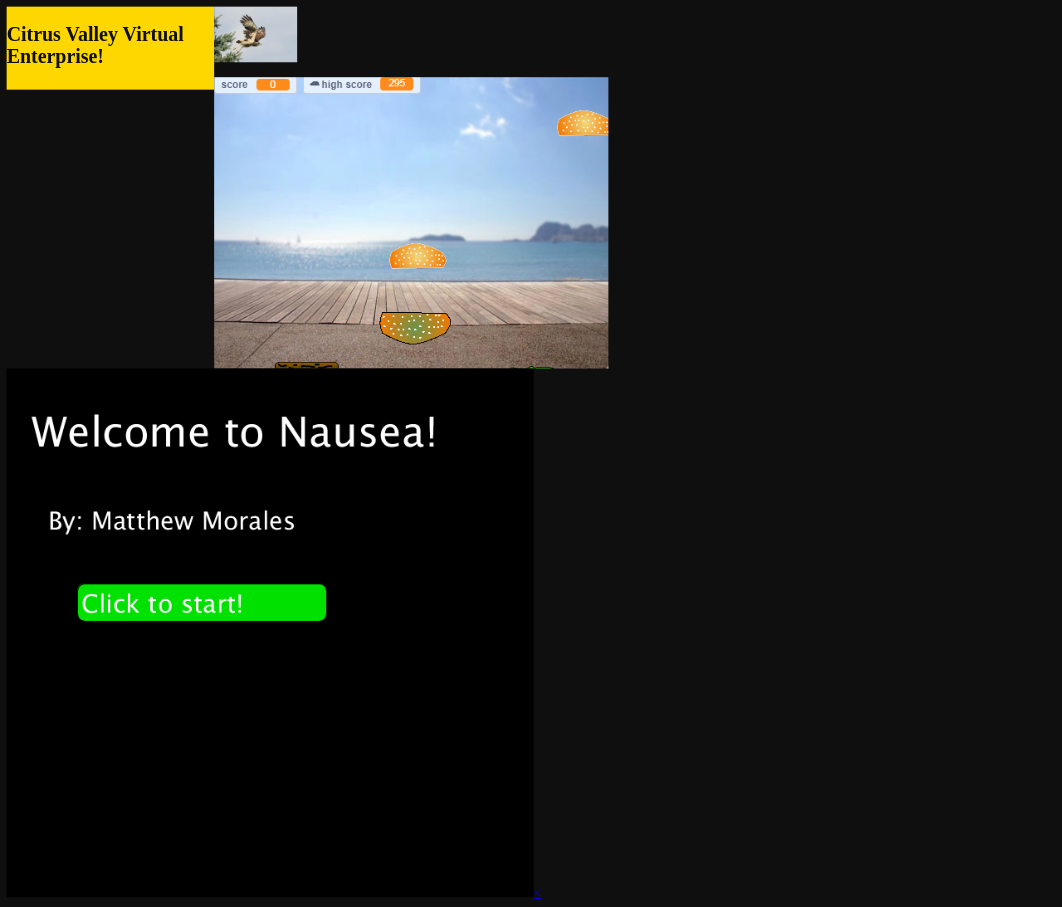
Repository: VirtualEnterpriseCali/VitrualEnterpriseCali.github.io
Page: portfolio.html
The author's editor kept a record of every edit. The page is drawn from the files as they stood at one moment, then again after the next edit.
The browser window is 1280 px wide. The pictures show the whole page, at 83% of full size.

Above is the page before.

After the next edit:
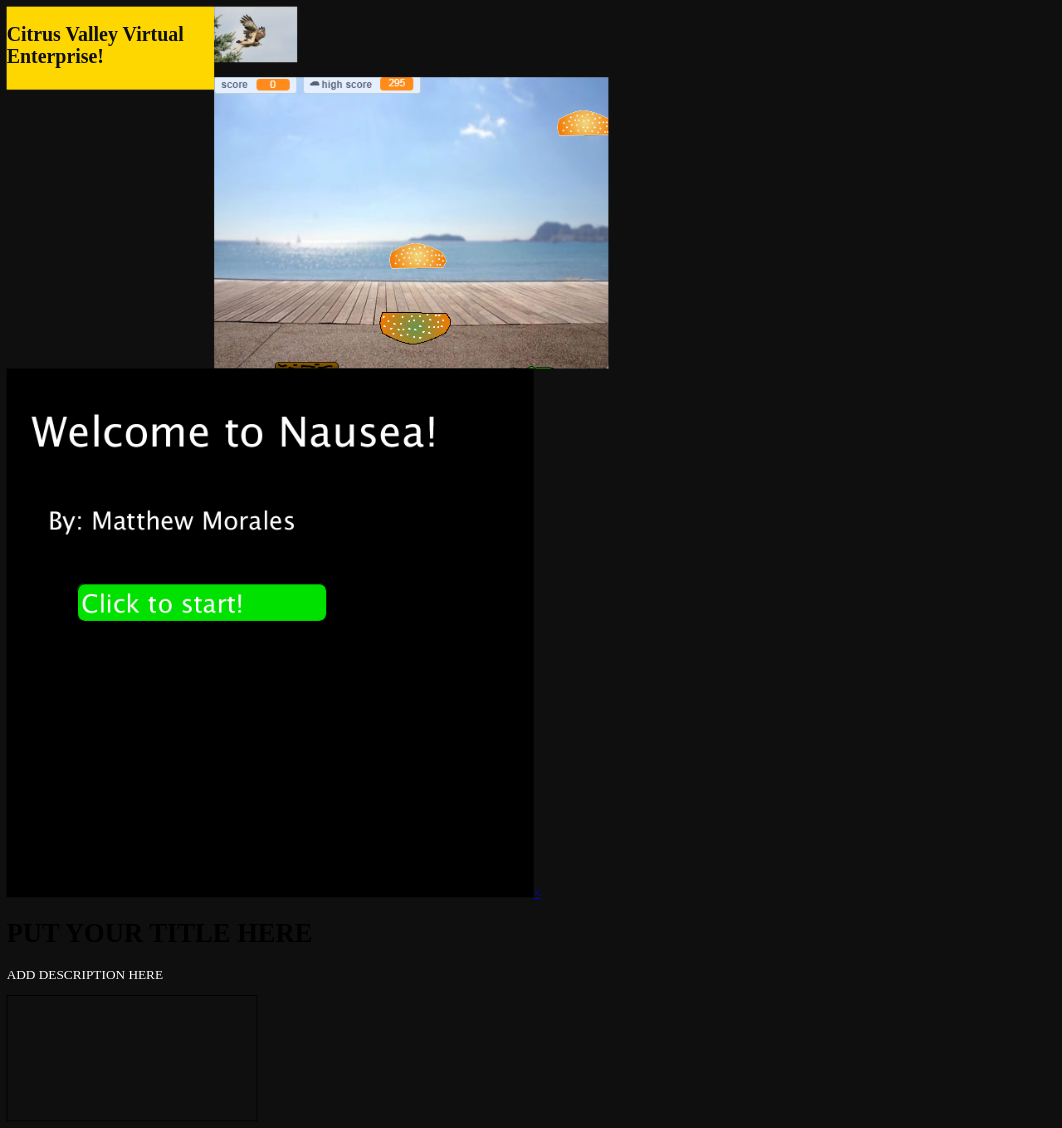
Not found: js/processing.js
The edit:
--- a/portfolio.html
+++ b/portfolio.html
@@ -16,5 +16,32 @@
               <a href="https://scratch.mit.edu/projects/327367582/"><img src="burger.PNG"></a>
               <br>
                 <a href="ballgame/Untitled2"><img src="nausia.PNG"><</a>
+                <html>
+
+  <head>
+      <meta http-equiv="Content-Type" content="text/html; charset=UTF-8" />
+      <title>Processing Demo</title>
+      <script type="text/javascript" src="js/processing.js"></script>
+  </head>
+
+  <body>
+    <h1>PUT YOUR TITLE HERE</h1>
+    <p>ADD DESCRIPTION HERE</p>
+
+    <script type="text/processing">
+
+      /* DELETE THIS COIMMENT PORTION AND REPLACE WITH PROCESSING CODE
+       *
+       * CODE GOES HERE......
+       */
+
+       ellipse(20,20,10, 20)  //TEST THIS FIRST THEN DELETE
+
+    </script>
+    <canvas id="sketch" style="border: 1px solid black;"></canvas>
+
+  </body>
+
+</html>
         </body>
 </html>
